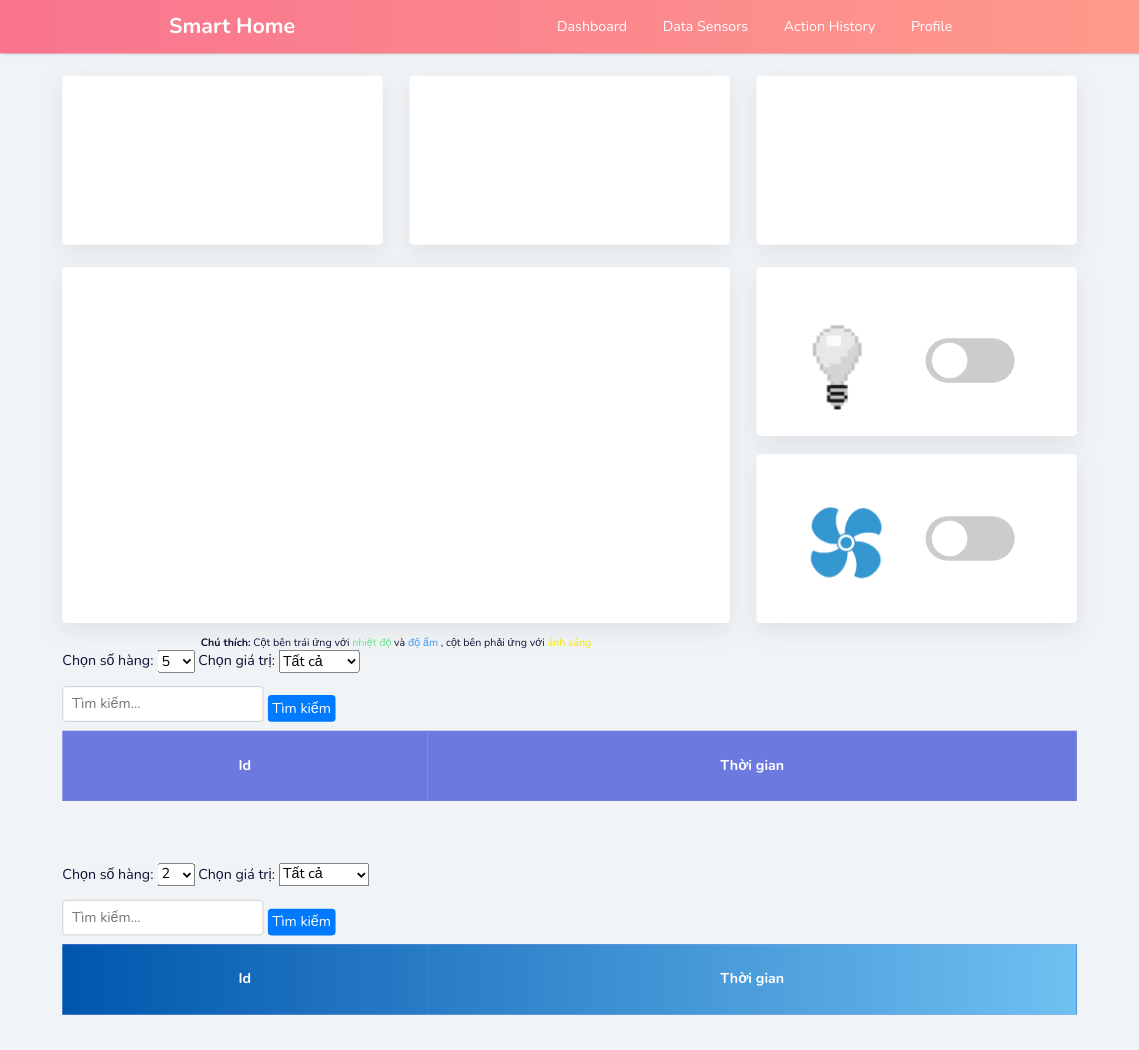
Repository: nhnhunnn/SmartHome
Page: actionhistory.html
An editor plug-in stored every save of this project. The page is shown before and after the next save, followed by the edit.
The browser window is 1280 px wide. The pictures show the whole page, at 89% of full size.

Above is the page before, as saved 2024-06-03 22:45:26.
Console error: ReferenceError: currentPage is not defined

### actionhistory.html
<!DOCTYPE html>
<html lang="en">

<head>
  <meta charset="UTF-8" />
  <meta name="viewport" content="width=device-width, initial-scale=1.0" />
  <title>Nguyễn Hồng Nhung - B20DCPT150</title>
  <link rel="stylesheet" href="https://cdnjs.cloudflare.com/ajax/libs/normalize/8.0.1/normalize.min.css"
    integrity="sha512-NhSC1YmyruXifcj/KFRWoC561YpHpc5Jtzgvbuzx5VozKpWvQ+4nXhPdFgmx8xqexRcpAglTj9sIBWINXa8x5w=="
    crossorigin="anonymous" referrerpolicy="no-referrer" />
  <link rel="stylesheet" href="./assets/css/base.css" />
  <link rel="stylesheet" href="./assets/css/style.css" />
  <link rel="stylesheet" href="https://cdnjs.cloudflare.com/ajax/libs/font-awesome/6.5.1/css/all.min.css"
    integrity="sha512-DTOQO9RWCH3ppGqcWaEA1BIZOC6xxalwEsw9c2QQeAIftl+Vegovlnee1c9QX4TctnWMn13TZye+giMm8e2LwA=="
    crossorigin="anonymous" referrerpolicy="no-referrer" />
</head>

<body>
  <div class="header">
    <div class="overview">
      <a href="" class="home">
        <h3>Smart Home</h3>
      </a>
    </div>
    <div class="menuList">
      <ul class="menuListItem">
        <li>
          <a id="dashboard" href="#" onClick="showContent('wrapper',this)">Dashboard</a>
        </li>
        <li>
          <a id="data" href="#" onClick="showContent('datasensors',this)">Data Sensors</a>
        </li>
        <li>
          <a id="action" href="#" onClick="showContent('actionHistory',this)">Action History</a>
        </li>
        <li>
          <a id="profile" href="#" onClick="showContent('infor',this)">Profile</a>
        </li>
      </ul>
    </div>
  </div>
  <!-- Dashboard -->
  <div class="hidden tabContent" id="wrapper">
    <div class="envir">
      <div class="envirItem">
        <div class="envirTitle">
          <svg xmlns="http://www.w3.org/2000/svg" width="50" height="50" viewBox="0 0 24 24" fill="none" stroke="#FFFF"
            stroke-width="1.5" stroke-linecap="round" stroke-linejoin="round" class="lucide lucide-thermometer">
            <path d="M14 4v10.54a4 4 0 1 1-4 0V4a2 2 0 0 1 4 0Z" />
          </svg>
          <span>Nhiệt độ</span>
        </div>
        <p class="envirTemp">26°C</p>
      </div>
      <div class="envirItem1">
        <div class="envirTitle">
          <svg xmlns="http://www.w3.org/2000/svg" width="50" height="50" viewBox="0 0 24 24" fill="none"
            stroke="#ffffff" stroke-width="1.5" stroke-linecap="round" stroke-linejoin="round"
            class="lucide lucide-droplets">
            <path
              d="M7 16.3c2.2 0 4-1.83 4-4.05 0-1.16-.57-2.26-1.71-3.19S7.29 6.75 7 5.3c-.29 1.45-1.14 2.84-2.29 3.76S3 11.1 3 12.25c0 2.22 1.8 4.05 4 4.05z" />
            <path d="M12.56 6.6A10.97 10.97 0 0 0 14 3.02c.5 2.5 2 4.9 4 6.5s3 3.5 3 5.5a6.98 6.98 0 0 1-11.91 4.97" />
          </svg>
          <span>Độ ẩm</span>
        </div>
        <p class="envirHum">50%</p>
      </div>
      <div class="envirItem2">
        <div class="envirTitle">
          <svg xmlns="http://www.w3.org/2000/svg" width="50" height="50" viewBox="0 0 24 24" fill="none"
            stroke="#ffffff" stroke-width="1.5" stroke-linecap="round" stroke-linejoin="round"
            class="lucide lucide-sun">
            <circle cx="12" cy="12" r="4" />
            <path d="M12 2v2" />
            <path d="M12 20v2" />
            <path d="m4.93 4.93 1.41 1.41" />
            <path d="m17.66 17.66 1.41 1.41" />
            <path d="M2 12h2" />
            <path d="M20 12h2" />
            <path d="m6.34 17.66-1.41 1.41" />
            <path d="m19.07 4.93-1.41 1.41" />
          </svg>
          <span>Ánh sáng</span>
        </div>
        <p class="envirLux">120 lux</p>
      </div>
    </div>
    <div class="feature">
      <div class="chartFeature featureItem">
        <canvas id="myChart" style="width: 600px; height: 350px; margin: auto; padding-top: 50px"></canvas>
        <p>
          <b>Chú thích:</b> Cột bên trái ứng với
          <span style="color: #65e48c">nhiệt độ</span> và
          <span style="color: #3a98f1">độ ẩm</span> , cột bên phải ứng với
          <span style="color: #f1e500">ánh sáng</span>
        </p>
      </div>
      <div class="switchFeature">
        <div class="lightSwitch featureItem">
          <label>
            <div class="lamp" id="lamp"></div>
            <input type="checkbox" id="toggleSwitch" />
            <span></span>
          </label>
        </div>
        <div class="fanSwitch featureItem">
          <label>
            <div class="fan" id="fan"></div>
            <input type="checkbox" id="toggleSwitchFan" />
            <span></span>
          </label>
        </div>
      </div>
    </div>
  </div>

  <!-- Data sensors  -->
  <div id="datasensors" class="tabContent">
    <label for="attributeRowsSelect">Chọn số hàng: </label>
    <select id="attributeRowsSelect">
      <option value="5">5</option>
      <option value="10">10</option>
      <option value="25">25</option>
      <option value="50">50</option>
    </select>

    <label for="attributeDataSensorSelect">Chọn giá trị: </label>
    <select id="attributeDataSensorSelect">
      <option value="all">Tất cả</option>
      <option value="temp">Nhiệt độ</option>
      <option value="hum">Độ ẩm</option>
      <option value="light">Ánh sáng</option>
    </select>


    <div class="searchDataSensor-container">
      <input type="text" id="searchInputDataSensor" placeholder="Tìm kiếm..." />
      <button onclick="handleSearch()">Tìm kiếm</button>
    </div>

    <table id="datasensorTable">
      <thead>
        <tr id="tableHeaders">
          <th>Id</th>
          <th>Thời gian</th>
      </tr>
      </thead>
      <tbody>
      </tbody>
    </table>
    <div id="pagination"></div>
  </div>

  <!-- Action history -->
  <div id="actionHistory" class="tabContent">
    <label for="attributeRowsSelect1">Chọn số hàng: </label>
    <select id="attributeRowsSelect1">
      <option value="5">2</option>
      <option value="5">5</option>
      <option value="10">10</option>
      <option value="25">25</option>
      <option value="50">50</option>
    </select>

    <label for="attributeActionSelect">Chọn giá trị: </label>
    <select id="attributeActionSelect">
      <option value="all">Tất cả</option>
      <option value="id_device">Thiết bị</option>
      <option value="status">Hành động</option>
    </select>


    <div class="searchDataSensor-container">
      <input type="text" id="searchInputAction" placeholder="Tìm kiếm..." />
      <button onclick="handleSearchAction()">Tìm kiếm</button>
    </div>

    <table id="actionTable">
      <thead>
        <tr id="tableHeaders1">
          <th>Id</th>
          <th>Thời gian</th>
      </tr>
      </thead>
      <tbody>
      </tbody>
    </table>
    <div id="pagination1"></div>
  </div>
  <script src="https://cdn.jsdelivr.net/npm/chart.js"></script>
  <script src="./assets/actionhistory.js"></script>
</body>

</html>

### assets/css/base.css
@import url('https://fonts.googleapis.com/css2?family=Nunito:wght@200;300;400;500;600;700;800;900;1000&display=swap');
:root{
    --bgr-color: #F1F4F6;
    --font: 'Nunito', sans-serif;
    --text-color: #101038;
}
body{
    box-sizing: border-box;
    font-family: var(--font);
    background-color: var(--bgr-color);
    color: var(--text-color);
}
.hidden{
    max-width: 1140px;
    margin: auto;
}
a{
    text-decoration: none;
}

### assets/css/style.css
/* Dashboard */
/* header */
.header{
    background-image: linear-gradient(90deg, #F9748F, #FE9A8B);;
    height: 60px;
    box-shadow: rgba(0, 0, 0, 0.15) 1.95px 1.95px 2.6px;
    display: flex;
    align-items: center;
    padding: 0 190px;
    justify-content: space-between;
}

.header h3{
    margin: 0;
    font-size: 24px;
    color: #FFFFFF;
    display: inline-block;
}
.menuList ul{
    display: flex;
    margin: 0;
    max-width: 815px;

}
.menuList ul li{
    list-style: none;
    margin: 0 20px;
}
.menuList ul li a{
    color: #ffffff;
}
.menuList ul li a:hover{
    color: #cccccc;
}
/* Wrapper */
.envir{
    display: flex;
    justify-content: space-between;
    margin-top: 25px;
    margin-bottom: 25px;
}
.envirItem1, .envirItem2, .envirItem{
    padding: 20px 20px;
    width:calc(100%/3 - 60px);
    height: 150px;
    background-color: #FFFFFF;
    border-radius: 5px;
    box-shadow: rgba(149, 157, 165, 0.2) 0px 8px 24px;
}
/* .envirItem{
    background-image: linear-gradient(45deg, #BDF7AD, #30D878 );
} */
/* .envirItem1{
    background-image: linear-gradient(45deg,#A8DBFF, #0496FF );
} */
/* .envirItem2{
    background-image: linear-gradient(45deg,#fdfd98, #FFD400 );
} */
.envirTitle{
    display: flex;
    align-items: center;
}
.envirTitle span{
    font-weight: 500;
    font-size: 20px;
    color: #ffffff;
    margin-left: 60px;
}
.envirTemp, .envirHum, .envirLux{
    font-weight: 700;
    font-size: 40px;
    color: white;
    text-align: center;
    transition: background-color 0.5s ease;
}
/* feature */
.feature{
    display: flex;
    justify-content: space-between;
}
.featureItem{
    background-color: #FFFFFF;
    border-radius: 5px;
    box-shadow: rgba(149, 157, 165, 0.2) 0px 8px 24px;
}
.chartFeature{
    width: calc(100%/3 * 2 - 10px);
    height: 400px;
}
.chartFeature p{
    font-size: 12px;
   text-align: center;
}
.switchFeature{
    display: flex;
    flex-direction: column;
    justify-content: space-between;
}
.switchFeature .featureItem{
    width: 360px;
    height: calc(400px/2 - 10px);
}

/* light */
.lightSwitch {
    text-align: center;
    margin-top: 50px;
    margin: 0;
}

.lamp {
    margin: 20px 0 0 20px;
    width: 140px;
    height: 140px;
    background-image: url('../images/lightOff.png'); /* Ảnh khi tắt */
    background-size: cover;
}
.lightSwitch input[type="checkbox"] {
    display: none;
}
.lightSwitch input[type="checkbox"] + span {
    display: inline-block;
    width: 100px;
    height: 50px;
    background-color: #ccc;
    border-radius: 50px;
    position: relative;
    cursor: pointer;
    top: -80px;
    left: 60px;
}
.lightSwitch input[type="checkbox"]:checked + span {
    background-color: #5cb85c; /* Màu khi bật */
}
.lightSwitch input[type="checkbox"] + span::before {
    content: '';
    position: absolute;
    width: 40px;
    height: 40px;
    background-color: #fff;
    border-radius: 50%;
    margin: 5px;
    left: 2px;
    transition: transform 0.3s ease;
}
.lightSwitch input[type="checkbox"]:checked + span::before {
    transform: translateX(50px); /* Di chuyển nút toggle khi bật */
}
/* Bat tat quat */
.fanSwitch {
    text-align: center;
    margin-top: 50px;
    margin: 0;
}
.fan {
    margin: 50px 0 0 50px;
    width: 100px;
    height: 100px;
    background-image: url('../images/fanOff.gif'); /* Ảnh khi tắt */
    background-size: cover;
}
.fanSwitch input[type="checkbox"] {
    display: none;
}
.fanSwitch input[type="checkbox"] + span {
    display: inline-block;
    width: 100px;
    height: 50px;
    background-color: #ccc;
    border-radius: 50px;
    position: relative;
    cursor: pointer;
    top: -80px;
    left: 60px;
}
.fanSwitch input[type="checkbox"]:checked + span {
    background-color: #5cb85c; /* Màu khi bật */
}
.fanSwitch input[type="checkbox"] + span::before {
    content: '';
    position: absolute;
    width: 40px;
    height: 40px;
    background-color: #fff;
    border-radius: 50%;
    margin: 5px;
    left: 2px;
    transition: transform 0.3s ease;
}
.fanSwitch input[type="checkbox"]:checked + span::before {
    transform: translateX(50px); /* Di chuyển nút toggle khi bật */
}

/* Data sensors*/
#datasensors{
    max-width: 1140px;
    margin: auto;
    padding: 30px 0;
    /* display: none; */
}
#datasensors table, #actionHistory table{
    width: 1140px;
    margin: auto;
    color: #808080;
    box-sizing: border-box;
    border-collapse: collapse;
}
 #datasensors table thead,#actionHistory table thead {
    background-color: #6c7ae0;
    color: #FFFFFF;
}
#datasensors table thead th, #actionHistory table thead th{
    padding: 30px;
}
#datasensors table tbody td, #actionHistory table tbody td{
    /* border-collapse: collapse; */
    text-align: center;
    padding: 15px;
}
#datasensors table tbody tr:nth-child(even), #actionHistory table tbody tr:nth-child(even){
    background-color: #eeeafd;
}
#datasensors table tbody tr:nth-child(odd), #actionHistory table tbody tr:nth-child{
    background-color: #ffffff;
}
#datasensors table tbody tr td:nth-child(2){
    color: #FB6180;
}
#datasensors table tbody tr td:nth-child(3){
    color: #1560BD;
}
#datasensors table tbody tr td:nth-child(4){
    color: #FFD400;
}

/* Action History */
#actionHistory{
    max-width: 1140px;
    margin: auto;
    padding: 30px 0;
}
#actionHistory table thead{
    background-image: linear-gradient(90deg, #0056AD ,#70C0F1 );;
    color: #ffffff;
}
#actionHistory table tbody tr:nth-child(even){
    background-color: rgba(112, 192, 241, 0.2);
}


/* Profile */
#infor{
    background-image:radial-gradient(circle, #f6416bb7, #feb692b6),
        url("https://upload.wikimedia.org/wikipedia/vi/thumb/e/ee/Toa_nha_A2_PTIT.jpg/1280px-Toa_nha_A2_PTIT.jpg");
    background-repeat: no-repeat;
    background-size: cover;
    color:#ffffff;
    height: 91.9vh;
}
.profileContent{
    max-width: 1140px;
    margin: auto;
    padding: 100px 0;
}
#infor table{
    background-color: none;
}
.profileContent{
    display: flex;
    justify-content: space-between;
}
.left{
    width: 600px;
}
h1{
    margin: 0 0 10px 0;
    width: 40px;
    padding: 0 10px;
    background-color: #2f2f31;
    overflow: hidden;
    animation: typing 2s step(3), cursor .4s step-end infinite alternate;
}
@keyframes cursor {
    50% { border-color: transparent}
}
@keyframes typing {
    from{ width: 0}
}
h1::after{
    animation: typing 1.5s step(10) infinite;
}
.name{
    font-size: 20px;
    padding-bottom: 20px;
    width: 400px;
    border-bottom: 2px solid #FFFF;
}
.about_me{
    margin: 50px 0 0 0;
}
.thead{
    font-weight:900;
    width: 120px;
    height: 50px;
}
.content{
    font-weight: 300;
}
.thead_edu{
    height: 0px;
}
.mul{
    font-weight: 400;
    color: #c9c5c5;
    font-style: italic;
}
.email{
    text-decoration: none;
    color: #ffff;
}
i{
    color: #fff;
    margin-right: 10px;
    font-size: 20px;
}
.right{
    width: 360px;
    height: 400px;
    background-color: #2f2f31;
    margin-left: 80px;
    border-radius: 20px;
}
.avt{
    width: 40%;
    border-radius: 50%;
    border:5px solid #f7456f;
}
.avatar{
    display: flex;
    justify-content: center;
    margin-top: 30px;
}
.quo_text{
    font-weight: 300;
    font-style: italic;
    font-size: 14px;
}
.quotes{
    width: 290px;
    margin: 30px auto;
}
button{
    border: 2px solid #ffff;
    background-color: #2f2f31;
    color: #FFFF;
    padding: 12px 15px;
    cursor: pointer;
    margin: 10px 0 0 110px;
    transition: color 0.4s linear;
}
.btn:hover{
    color: #2f2f31;
    background-color: #fff;
}

th {
    cursor: pointer;
}

th.sort-asc::after {
    content: ' \25B2'; /* Up arrow */
}

th.sort-desc::after {
    content: ' \25BC'; /* Down arrow */
}

th.active {
    color: #007bff;
}


#pagination, #pagination1 {
    display: flex;
    justify-content: flex-end;
    width: 100%;
    margin-top: 10px;
}

#pagination a, #pagination1 a {
    padding: 5px 10px;
    margin: 0 2px;
    text-decoration: none;
    color: #000;
    border: 1px solid #ccc;
    font-size: 15px;
}

#pagination a:hover, #pagination1 a:hover{
    background-color: #007bff;;
}

#pagination a.active, #pagination1 a.active {
    background-color: #007bff;
    color: white;
    border: 1px solid #007bff;
}
#pagination a.disabled, #pagination1 a.disabled {
    color: #ccc;
    pointer-events: none;
}

#attributeDataSensorSelect, #attributeRowsSelect, #attributeActionSelect, #attributeRowsSelect1{
    margin-bottom: 15px;
}

.searchDataSensor-container {
    display: flex;
    margin-bottom: 10px;
}

#searchInputDataSensor, #searchInputAction {
    padding: 10px;
    font-size: 16px;
    border: 1px solid #ccc;
    border-radius: 4px;
}

.searchDataSensor-container button {
    padding: 5px;
    margin-left: 5px;
    font-size: 16px;
    border: none;
    border-radius: 4px;
    background-color: #007bff;
    color: white;
    cursor: pointer;
}

.searchDataSensor-container button:hover {
    background-color: #0056b3;
}
/* Search button */
/* form{
    position: relative;
    top: 50%;
    left: 50%;
    transform: translate(-50%,-50%);
    transition: all 1s;
    width: 50px;
    height: 50px;
    background: white;
    box-sizing: border-box;
    border-radius: 25px;
    border: 4px solid white;
    padding: 5px;
}
input{
    position: absolute;
    top: 0;
    left: 0;
    width: 100%;;
    height: 42.5px;
    line-height: 30px;
    outline: 0;
    border: 0;
    display: none;
    font-size: 1em;
    border-radius: 20px;
    padding: 0 20px;
}
.fa{
    box-sizing: border-box;
    padding: 10px;
    width: 42.5px;
    height: 42.5px;
    position: absolute;
    top: 0;
    right: 0;
    border-radius: 50%;
    color: #07051a;
    text-align: center;
    font-size: 1.2em;
    transition: all 1s;
}
form:hover,
form:valid{
    width: 200px;
    cursor: pointer;
}
form:hover input,
form:valid input{
    display: block;
}
form:hover .fa,
form:valid .fa{
    background: #07051a;
    color: white;
} */

### assets/actionhistory.js
// let rowsPerPage = 2;// Default rows per page is 5
// let currentPage = 1;
// let totalItems = 0;
// let grouptype = 'all'; // Default type is all
// let searchQuery = '';
// let sortField = 'ID';
// let sortOrder = 'asc';

document.getElementById('attributeActionSelect').addEventListener('change', function () {
    grouptype = this.value;
    currentPage = 1;
    fetchDataTableAction(currentPage, rowsPerPage, grouptype, searchQuery, sortField, sortOrder);
});

document.getElementById('attributeRowsSelect1').addEventListener('change', function () {
    rowsPerPage = this.value;
    currentPage = 1;
    fetchDataTableAction(currentPage, rowsPerPage, grouptype, searchQuery, sortField, sortOrder);
});

function handleSearchAction() {
    const searchInput = document.getElementById('searchInputAction');
    searchQuery = searchInput.value + '';
    currentPage = 1;
    fetchDataTableAction(currentPage, rowsPerPage, grouptype, searchQuery, sortField, sortOrder);
}

function sortTableAction(field) {
    if (sortField === field) {
        sortOrder = (sortOrder === 'asc') ? 'desc' : 'asc';
    } else {
        sortField = field;
        sortOrder = 'asc';
    }
    fetchDataTableAction(currentPage, rowsPerPage, grouptype, searchQuery, sortField, sortOrder);
}


async function fetchDataTableAction(page, rowsPerPage, type, searchQuery, sortField, sortOrder) {
    try {
        const response = await fetch(`http://localhost:5003/getAction?pageSize=${rowsPerPage}&page=${page}&field=${type}&value=${searchQuery}&sortBy=${sortField}&sortDirection=${sortOrder}`);
        const responseData = await response.json();
        totalItems = responseData.totalCount;
        displayTable(page, responseData.data, type);
    } catch (error) {
        console.error('Error fetching data:', error);
    }
}

function displayTable(page, data, type) {
    const table = document.getElementById('actionTable');
    const tbody = table.querySelector("tbody");
    const tableHeaders = document.getElementById('tableHeaders1');

    tbody.innerHTML = '';

    if (type === 'all') {
        tableHeaders.innerHTML = `
            <th onclick="sortTableAction('ID')">Id</th>
            <th onclick="sortTableAction('id_device')">Thiết bị</th>
            <th onclick="sortTableAction('status')">Hành động</th>
            <th onclick="sortTableAction('time')">Thời gian</th>
        `;
    } else {
        tableHeaders.innerHTML = `
            <th onclick="sortTableAction('ID')">Id</th>
            <th onclick="sortTableAction('${type}')">${type.charAt(0).toUpperCase() + type.slice(1)}</th>
            <th onclick="sortTableAction('time')">Thời gian</th>
        `;
    }

    data.forEach((item) => {
        const row = document.createElement('tr');
        if (type === 'all') {
            row.innerHTML = `
                <td>${item.ID}</td>
                <td>${item.id_device}</td>
                <td>${item.status}</td>
                <td>${formatISODateAtion(item.time)}</td>
            `;
        } else {
            row.innerHTML = `
                <td>${item.ID}</td>
                <td>${item[type]}</td>
                <td>${formatISODateAtion(item.time)}</td>
            `;
        }
        tbody.appendChild(row);
    });
    updatePaginationAction(page, totalItems);
}

function updatePaginationAction(currPage, totalItems) {
    const pageCount = Math.ceil(totalItems / rowsPerPage);
    const paginationContainer = document.getElementById("pagination1");
    paginationContainer.innerHTML = "";

    const maxVisiblePages = 5;
    let startPage = Math.max(currPage - Math.floor(maxVisiblePages / 2), 1);
    let endPage = Math.min(startPage + maxVisiblePages - 1, pageCount);

    if (endPage - startPage + 1 < maxVisiblePages) {
        startPage = Math.max(endPage - maxVisiblePages + 1, 1);
    }
    const createPageLinkAcion = (page, text, isDisabled = false) => {
        const pageLink = document.createElement("a");
        pageLink.href = "#";
        pageLink.innerText = text;
        pageLink.className = (page === currPage) ? "active" : "";
        if (isDisabled) {
            pageLink.className += " disabled";
            pageLink.onclick = (event) => event.preventDefault();
        } else {
            pageLink.onclick = function (event) {
                event.preventDefault();
                currentPage = page;
                fetchDataTableAction(page, rowsPerPage);
            };
        }
        paginationContainer.appendChild(pageLink);
        paginationContainer.appendChild(document.createTextNode(" "));
    };

    if (currPage >= 1) {
        createPageLinkAcion(1, "<<", currPage === 1);
        createPageLinkAcion(currPage - 1, "<", currPage === 1);
    }
    for (let i = startPage; i <= endPage; i++) {
        createPageLinkAcion(i, i);
    }
    if (currPage <= pageCount) {
        createPageLinkAcion(currPage + 1, ">", currPage === pageCount);
        createPageLinkAcion(pageCount, ">>", currPage === pageCount);
    }
};

setInterval(() => fetchDataTableAction(currentPage, rowsPerPage, grouptype, searchQuery, sortField, sortOrder), 2000);
fetchDataTableAction(currentPage, rowsPerPage, grouptype, searchQuery, sortField, sortOrder);


function formatISODateAtion(isoString) {
    const date = new Date(isoString);

    const year = date.getFullYear();
    const month = String(date.getMonth() + 1).padStart(2, '0');
    const day = String(date.getDate()).padStart(2, '0');
    const hours = String(date.getHours()).padStart(2, '0');
    const minutes = String(date.getMinutes()).padStart(2, '0');
    const seconds = String(date.getSeconds()).padStart(2, '0');

    return `${year}-${month}-${day} ${hours}:${minutes}:${seconds}`;
}

After the next save:
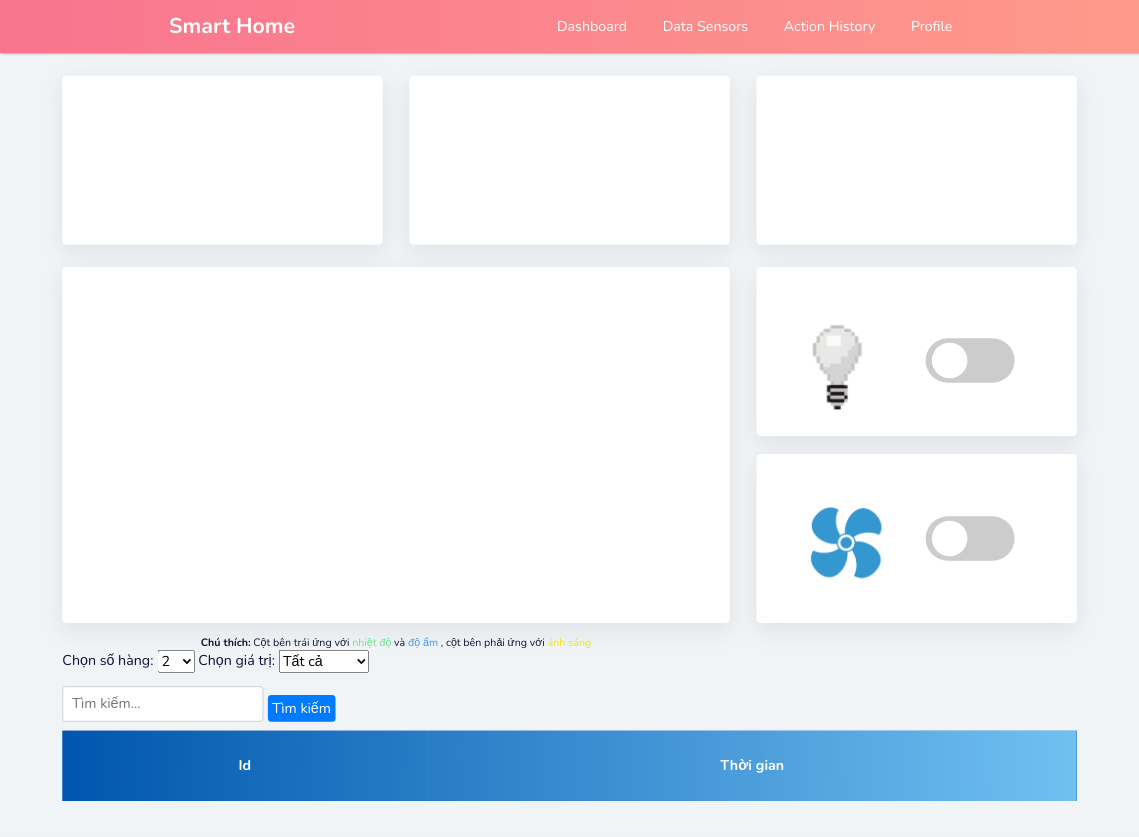
Saved 9 s later.
--- a/actionhistory.html
+++ b/actionhistory.html
@@ -114,43 +114,6 @@
     </div>
   </div>
 
-  <!-- Data sensors  -->
-  <div id="datasensors" class="tabContent">
-    <label for="attributeRowsSelect">Chọn số hàng: </label>
-    <select id="attributeRowsSelect">
-      <option value="5">5</option>
-      <option value="10">10</option>
-      <option value="25">25</option>
-      <option value="50">50</option>
-    </select>
-
-    <label for="attributeDataSensorSelect">Chọn giá trị: </label>
-    <select id="attributeDataSensorSelect">
-      <option value="all">Tất cả</option>
-      <option value="temp">Nhiệt độ</option>
-      <option value="hum">Độ ẩm</option>
-      <option value="light">Ánh sáng</option>
-    </select>
-
-
-    <div class="searchDataSensor-container">
-      <input type="text" id="searchInputDataSensor" placeholder="Tìm kiếm..." />
-      <button onclick="handleSearch()">Tìm kiếm</button>
-    </div>
-
-    <table id="datasensorTable">
-      <thead>
-        <tr id="tableHeaders">
-          <th>Id</th>
-          <th>Thời gian</th>
-      </tr>
-      </thead>
-      <tbody>
-      </tbody>
-    </table>
-    <div id="pagination"></div>
-  </div>
-
   <!-- Action history -->
   <div id="actionHistory" class="tabContent">
     <label for="attributeRowsSelect1">Chọn số hàng: </label>
